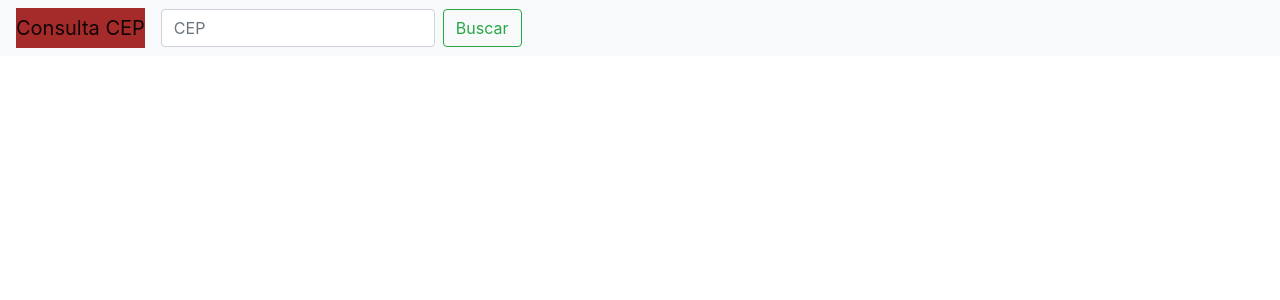
Repository: DaniloBaracho/jquery
Page: index.html
An editor plug-in stored every save of this project. The page is shown before and after the next save, followed by the edit.
The browser window is 1280 px wide. The pictures show the whole page.

Above is the page before, as saved 2020-06-19 18:51:44.

After the next save:
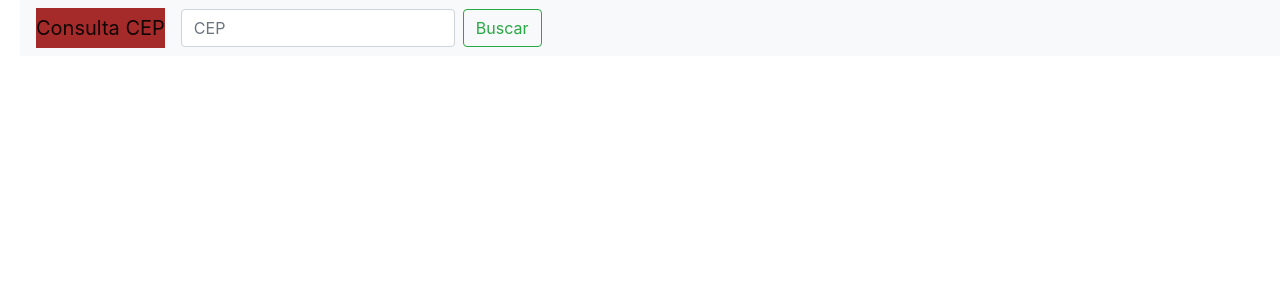
Saved 60 s later.
--- a/index.html
+++ b/index.html
@@ -10,7 +10,7 @@
         <link rel="stylesheet" type="text/css" href="bootstrap/css/bootstrap.min.css">
         <link rel="stylesheet" type="text/css" href="js/mystyle.css">
     </head>
-    <body>
+    <body style="margin-left: 20px;">
        <!---- <input id="cep">
         <button type="button" onclick="ConsultaCep()">Consultar cep</button>
         <p id="logradouro"></p>
